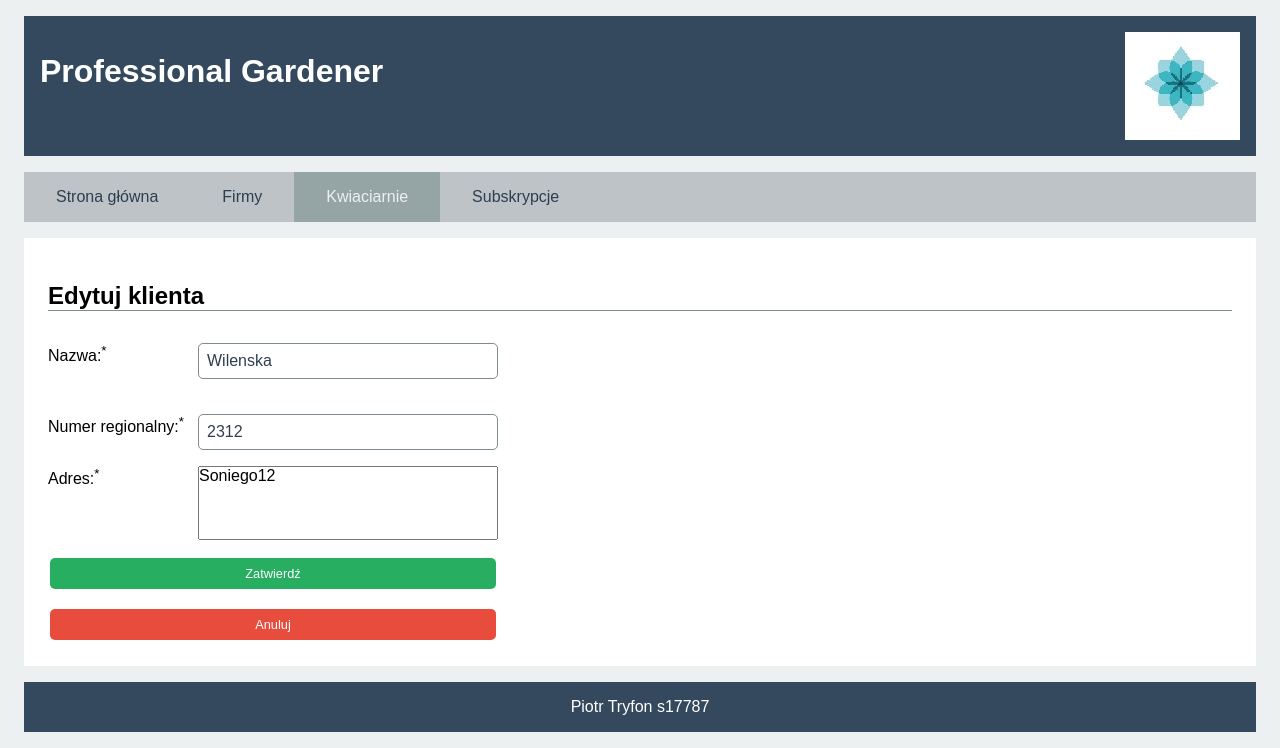
Repository: s17787/TIN
Page: tin_zaoczne_12_s17787_html-css/pages/florist-edit.html
An editor plug-in stored every save of this project. The page is shown before and after the next save, followed by the edit.
The browser window is 1280 px wide. The pictures show the whole page.

Above is the page before, as saved 2021-01-06 09:36:57.

After the next save:
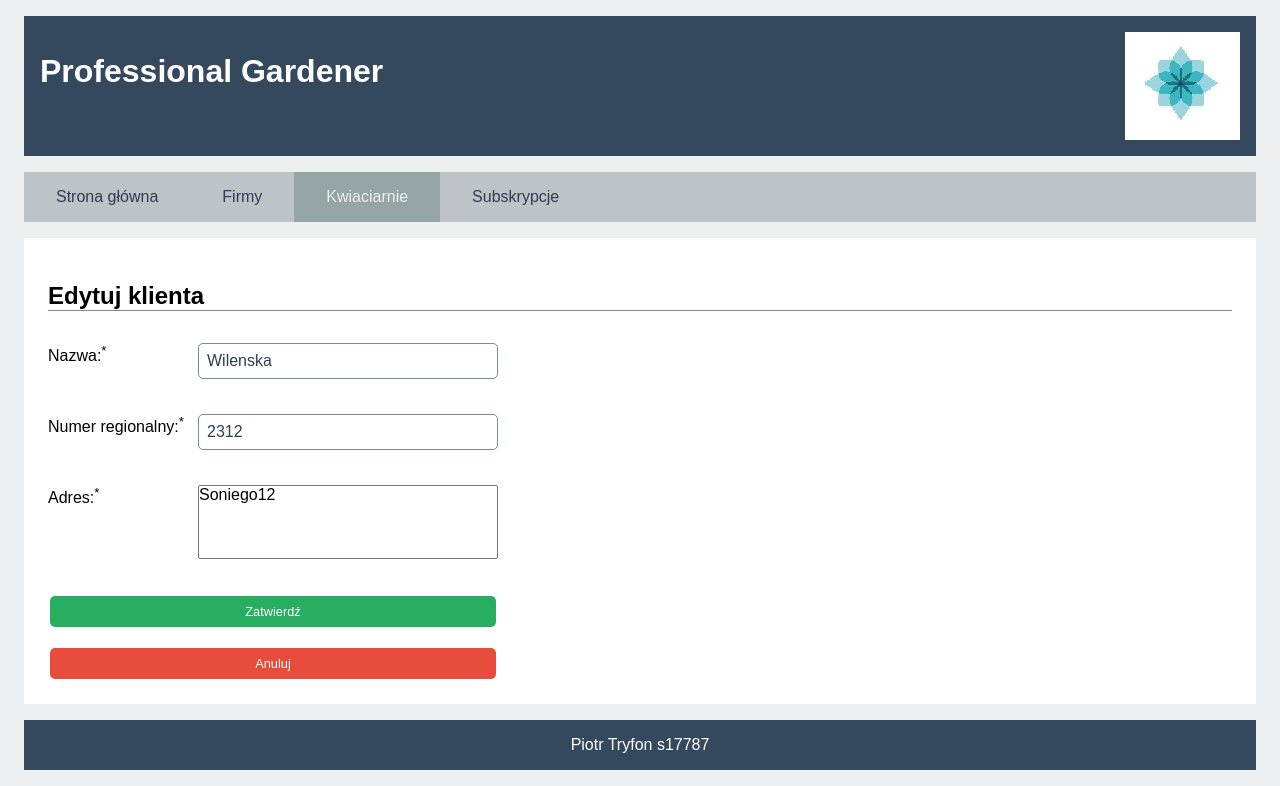
Saved 19 s later.
--- a/tin_zaoczne_12_s17787_html-css/pages/florist-edit.html
+++ b/tin_zaoczne_12_s17787_html-css/pages/florist-edit.html
@@ -30,10 +30,12 @@
             <!--<div class="form-group">-->
                 <label for="regio_number">Numer regionalny:<sup>*</sup></label>
                 <input type="text" name="regio_number" id="regio_number" value="2312" />
+                <span id="errorRegionNumber" class="errors-text"></span>
             <!--</div>-->
             <!--<div class="form-group">-->
                 <label for="Adres">Adres:<sup>*</sup></label>
                 <textarea type="text" name="Adres" id="Adres" rows="4" cols="10" style="resize: none;">Soniego12</textarea>
+                <span id="errorAdres" class="errors-text"></span>
             <!--</div>-->
             <!--<div class="form-group">-->
                 <p><a href="florist-details.html" class="form-button-submit" >Zatwierdź</a></p>
